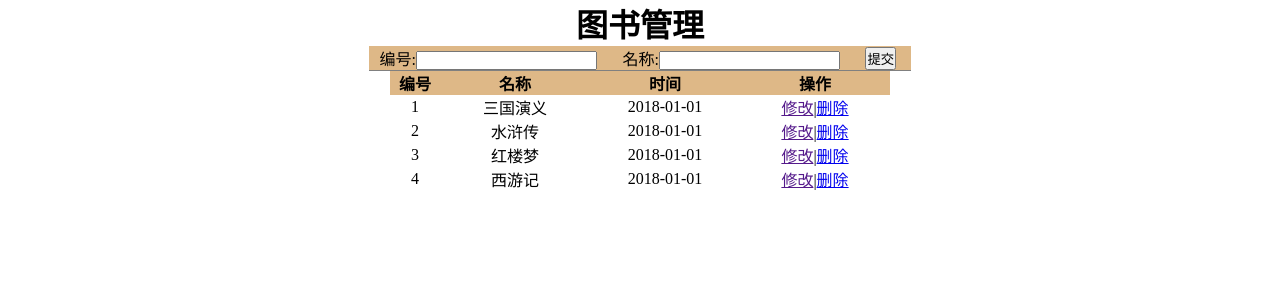
Repository: chenguocan/Vue_demo_1
Page: vue_demo_03/图书管理.html
An editor plug-in stored every save of this project. The page is shown before and after a run of saves, followed by the edit.
The browser window is 1280 px wide. The pictures show the whole page.

Above is the page before, as saved 2020-07-22 10:52:05.

### vue_demo_03/图书管理.html
<!DOCTYPE html>
<html lang="en">
  <head>
    <meta charset="UTF-8" />
    <meta name="viewport" content="width=device-width, initial-scale=1.0" />
    <title>Document</title>
    <style>
      * {
        margin: 0;
        padding: 0;
        box-sizing: border-box;
      }
      .book {
        text-align: center;
      }
      .user {
        display: flex;
        justify-content: center;
      }
      .user table {
        border-bottom: 1px solid gray;
      }
      table {
        border-collapse: collapse;
      }
      th {
        background-color: burlywood;
      }
      .user td {
        padding: 0 15px 0 10.5px;
        background-color: burlywood;
      }
      td {
        border-collapse: collapse;
      }
      .bookmsg {
        display: flex;
        justify-content: center;
      }
    </style>
  </head>
  <body>
    <div id="app">
      <div class="book">
        <h1>图书管理</h1>
        <div class="user">
          <table>
            <tr>
              <td>编号:<input type="text" name="id" v-model="addid" /></td>
              <td>
                名称:<input type="text" name="bookname" v-model="addbook" />
              </td>
              <td><button v-on:click="AddBook">提交</button></td>
            </tr>
          </table>
        </div>
        <div class="bookmsg">
          <table>
            <thead>
              <tr>
                <th width="50">编号</th>
                <th width="150">名称</th>
                <th width="150">时间</th>
                <th width="150">操作</th>
              </tr>
            </thead>
            <tbody>
              <tr :key="item.id" v-for="(item,index) in book">
                <td>{{item.id}}</td>
                <td>{{item.bookname}}</td>
                <td>{{item.date | format(item.date)}}</td>
                <td>
                  <a href="" @click.prevent="">修改</a>|<a
                    href="#"
                    v-on:click="del(index)"
                    >删除</a
                  >
                </td>
              </tr>
            </tbody>
          </table>
        </div>
      </div>
    </div>
  </body>
  <script src="./js/vue.js"></script>
  <script>
    Vue.filter("format", function (value, arg) {
      function dateFormat(date, format) {
        if (typeof date === "string") {
          var mts = date.match(/(\/Date\((\d+)\)\/)/);
          if (mts && mts.length >= 3) {
            date = parseInt(mts[2]);
          }
        }
        date = new Date(date);
        if (!date || date.toUTCString() == "Invalid Date") {
          return "";
        }
        var map = {
          M: date.getMonth() + 1, //月份
          d: date.getDate(), //日
          h: date.getHours(), //小时
          m: date.getMinutes(), //分
          s: date.getSeconds(), //秒
          q: Math.floor((date.getMonth() + 3) / 3), //季度
          S: date.getMilliseconds(), //毫秒
        };

        format = format.replace(/([yMdhmsqS])+/g, function (all, t) {
          var v = map[t];
          if (v !== undefined) {
            if (all.length > 1) {
              v = "0" + v;
              v = v.substr(v.length - 2);
            }
            return v;
          } else if (t === "y") {
            return (date.getFullYear() + "").substr(4 - all.length);
          }
          return all;
        });
        return format;
      }
      return dateFormat(value, arg);
    });
    let app = new Vue({
      el: "#app",
      data: {
        addbook: "",
        addid: "",
        book: [
          {
            id: 1,
            bookname: "三国演义",
            date: "2018-01-01",
          },
          {
            id: 2,
            bookname: "水浒传",
            date: "2018-01-01",
          },
          {
            id: 3,
            bookname: "红楼梦",
            date: "2018-01-01",
          },
          {
            id: 4,
            bookname: "西游记",
            date: "2018-01-01",
          },
        ],
      },
      methods: {
        AddBook: function (value) {
          //Vue.set(this.book, this.book[4].id, this.addid);
          Vue.set(this.book, this.book[1], this.bookname);
          console.log(this.book[1].bookname);
          // console.log(this.book[addid].id);
        },
        del: function (index) {
          console.log(this.book);
        },
      },
    });
  </script>
</html>

Loaded but not shown: vue_demo_03/js/vue.js (library)

After the next 2 saves:
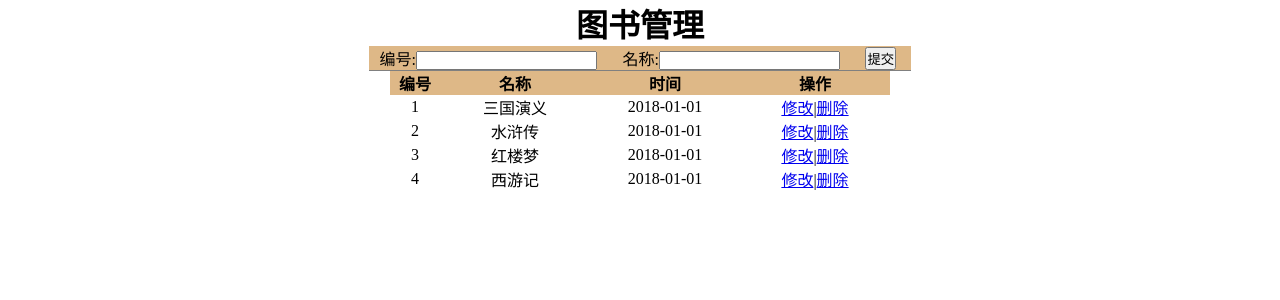
The 2 saves are shown as one change because they came seconds apart.
The last was saved 12 s later.
--- a/vue_demo_03/图书管理.html
+++ b/vue_demo_03/图书管理.html
@@ -70,9 +70,7 @@
                 <td>{{item.bookname}}</td>
                 <td>{{item.date | format(item.date)}}</td>
                 <td>
-                  <a href="" @click.prevent="">修改</a>|<a
-                    href="#"
-                    v-on:click="del(index)"
+                  <a href="#">修改</a>|<a href="#" v-on:click="del(index)"
                     >删除</a
                   >
                 </td>
